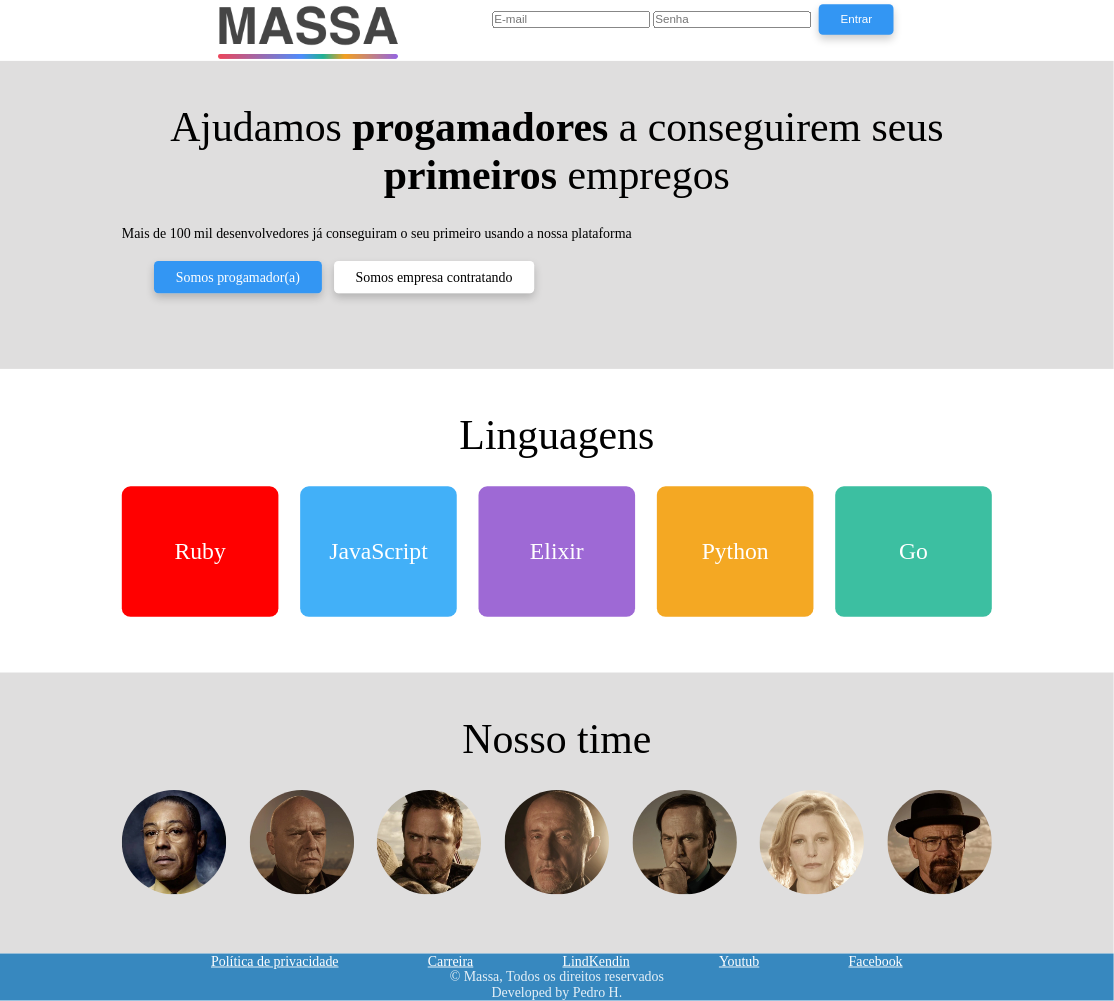
Repository: luizgaivaa/ProjetoSite
Page: index.html
An editor plug-in stored every save of this project. The page is shown before and after a run of saves, followed by the edit.
The browser window is 1280 px wide. The pictures show the whole page, at 87% of full size.

Above is the page before, as saved 2024-03-19 13:39:36.

After the next 2 saves:
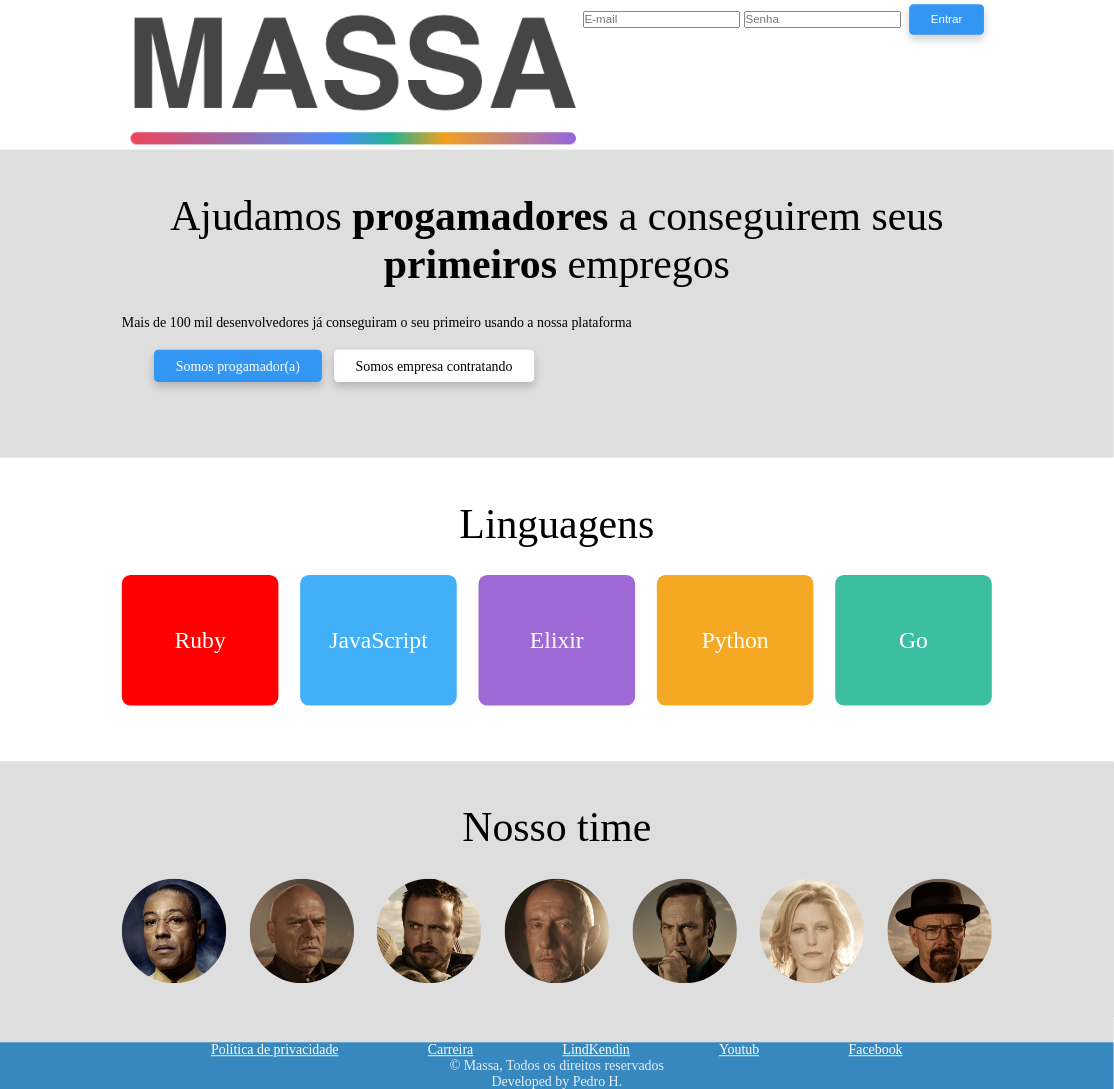
The 2 saves are shown as one change because they came seconds apart.
The last was saved 15 s later.
--- a/style.css
+++ b/style.css
@@ -222,7 +222,7 @@
     padding: 2 rem;
    }
    .logo img {
-    width: 211px;
+    width: 211 px;
    }
    .sing-in button{
     border: none;
@@ -232,7 +232,7 @@
     [type ="text"]
     [type ="email"]
     [type ="senha"]{
-    width: 180px;
+    width: 180 px;
     padding: 0.5 rem;
     border-radius: 5px ;
     border: 1px solid #ccc;
